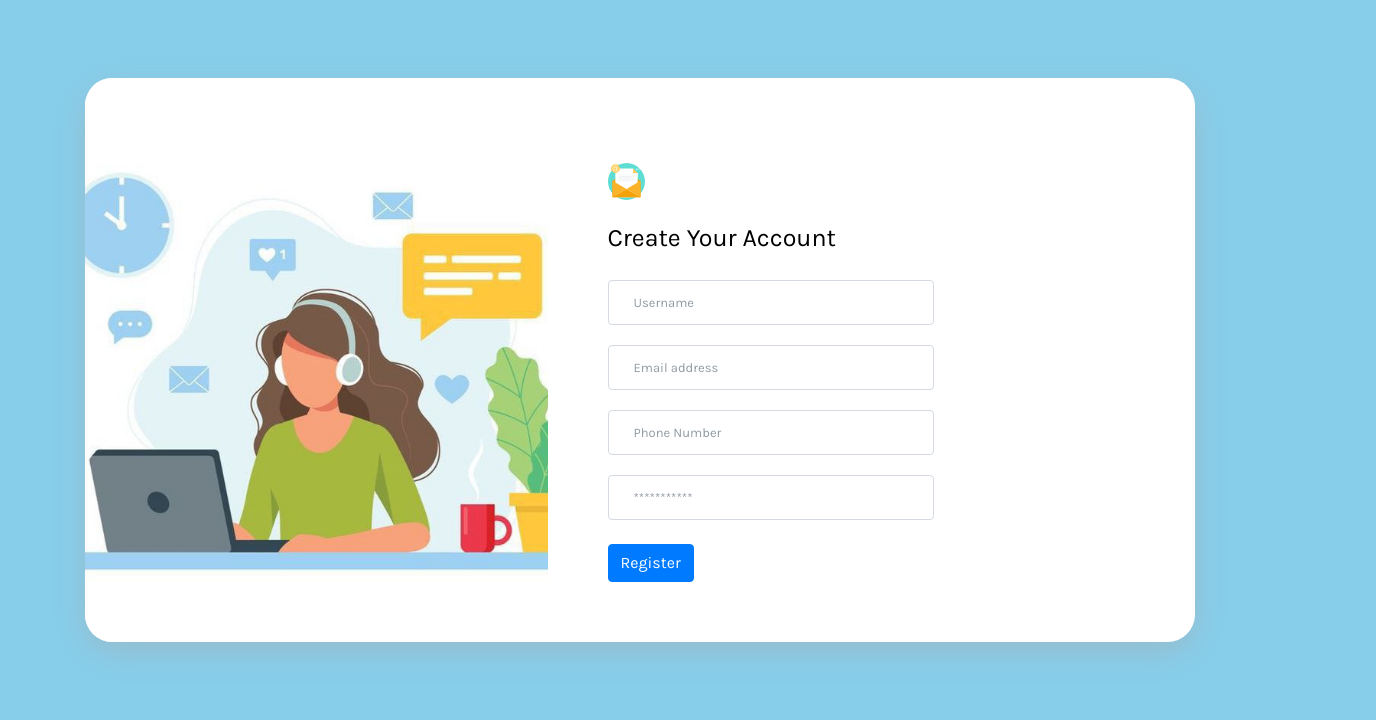
Repository: sara55m/Login
Page: http://localhost/register
These files come from the project's save history. The page is drawn as it stood at one moment and after the next save; the edit follows.
The browser window is 1280 px wide. The page is 1280 px wide, then 1376 px, so the pictures cover 1376 px, including what lies to the right of the window. The pictures show the whole page.
Some web libraries are served in a nearby version. The page is served by the project's Laravel application, run on PHP 8.4 with Laravel 10.

Above is the page before, as saved 2024-03-04 03:57:40.

After the next save:
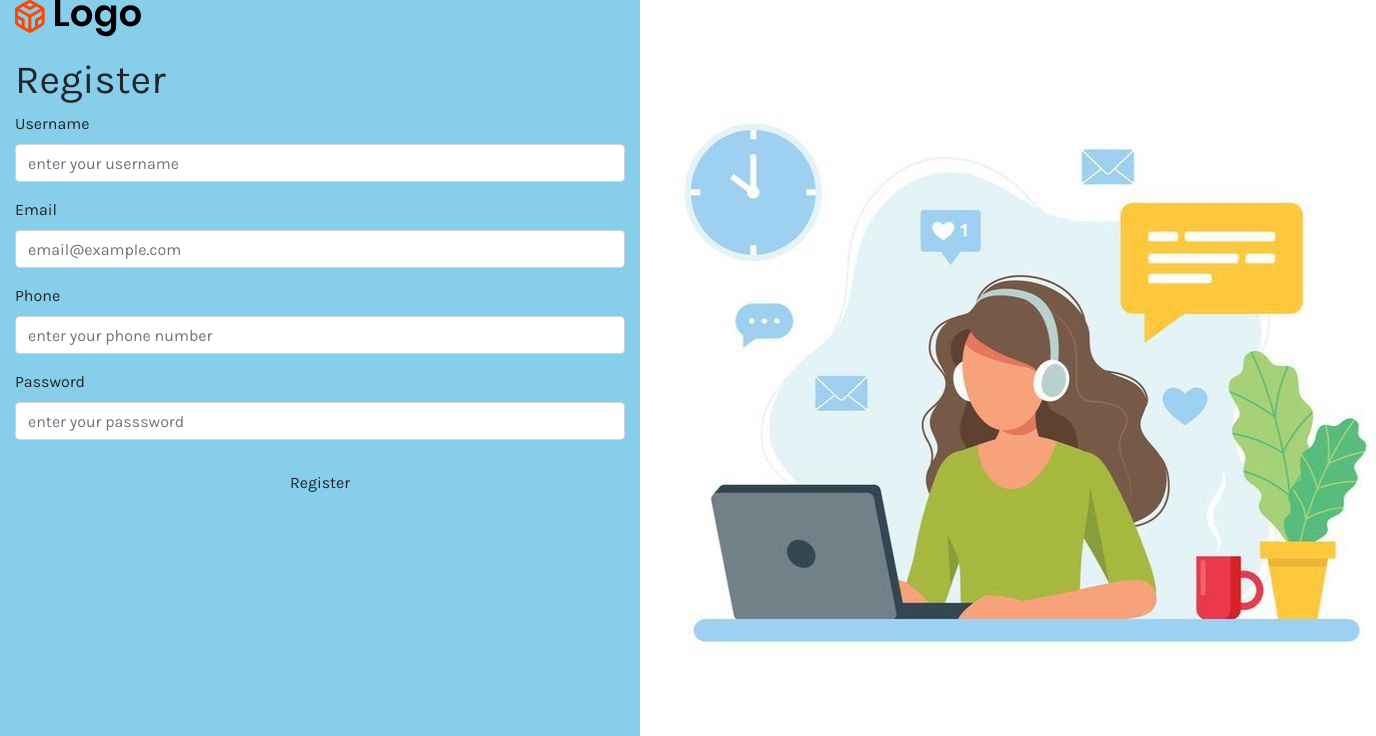
Saved 14 days later.
--- a/resources/views/register.blade.php
+++ b/resources/views/register.blade.php
@@ -1,9 +1,18 @@
-@extends('layout')
-@section('title')
-Registration Form
-@stop
-@section('content')
-              <p class="login-card-description">Create Your Account</p>
+<!DOCTYPE html>
+<html lang="en">
+<head>
+  <meta charset="UTF-8">
+  <meta name="viewport" content="width=device-width, initial-scale=1.0">
+  <meta http-equiv="X-UA-Compatible" content="ie=edge">
+  <title>Login Template</title>
+  <link href="https://fonts.googleapis.com/css?family=Karla:400,700&display=swap" rel="stylesheet">
+  <link rel="stylesheet" href="https://cdn.materialdesignicons.com/4.8.95/css/materialdesignicons.min.css">
+  <link rel="stylesheet" href="https://stackpath.bootstrapcdn.com/bootstrap/4.4.1/css/bootstrap.min.css">
+  <link rel="stylesheet" href="assets/css/login.css">
+</head>
+<body>
+
+
               @if($errors->any())
               <div class="alert alert-danger">
                 <ul>
@@ -22,7 +31,64 @@ Registration Form
 	</button>
 </div>
 @endif
-              <form action="/register/store" method="post">
+
+
+<main>
+  <div class="container-fluid">
+    <div class="row">
+      <div class="col-sm-6 login-section-wrapper">
+        <div class="brand-wrapper">
+          <img src="assets/images/logo.svg" alt="logo" class="logo">
+        </div>
+        <div class="login-wrapper my-auto">
+          <h1 class="login-title">Register</h1>
+          <form action="/register/store" method="post">
+            @csrf
+
+            <div class="form-group">
+              <label for="username">Username</label>
+              <input type="text" name="username" id="username" class="form-control" placeholder="enter your username">
+            </div>
+            <div class="form-group">
+              <label for="email">Email</label>
+              <input type="email" name="email" id="email" class="form-control" placeholder="email@example.com">
+            </div>
+
+            <div class="form-group">
+              <label for="phone">Phone</label>
+              <input type="text" name="phone" id="phone" class="form-control" placeholder="enter your phone number">
+            </div>
+            <div class="form-group mb-4">
+              <label for="password">Password</label>
+              <input type="password" name="password" id="password" class="form-control" placeholder="enter your passsword">
+            </div>
+            <input name="register" id="register" class="btn btn-block login-btn" type="button" value="Register">
+          </form>
+
+
+        </div>
+      </div>
+      <div class="col-sm-6 px-0 d-none d-sm-block">
+        <img src="assets/images/login2.jpg" alt="register image" class="login-img">
+      </div>
+    </div>
+  </div>
+</main>
+<script src="https://code.jquery.com/jquery-3.4.1.min.js"></script>
+<script src="https://cdn.jsdelivr.net/npm/popper.js@1.16.0/dist/umd/popper.min.js"></script>
+<script src="https://stackpath.bootstrapcdn.com/bootstrap/4.4.1/js/bootstrap.min.js"></script>
+</body>
+</html>
+
+
+
+
+
+
+
+
+
+              {{-- <form action="/register/store" method="post">
                 @csrf
                 <div class="form-group">
                     <label for="username" class="sr-only">Username</label>
@@ -48,4 +114,4 @@ Registration Form
 
 
                 </nav>
-                @endsection
+                @endsection --}}
